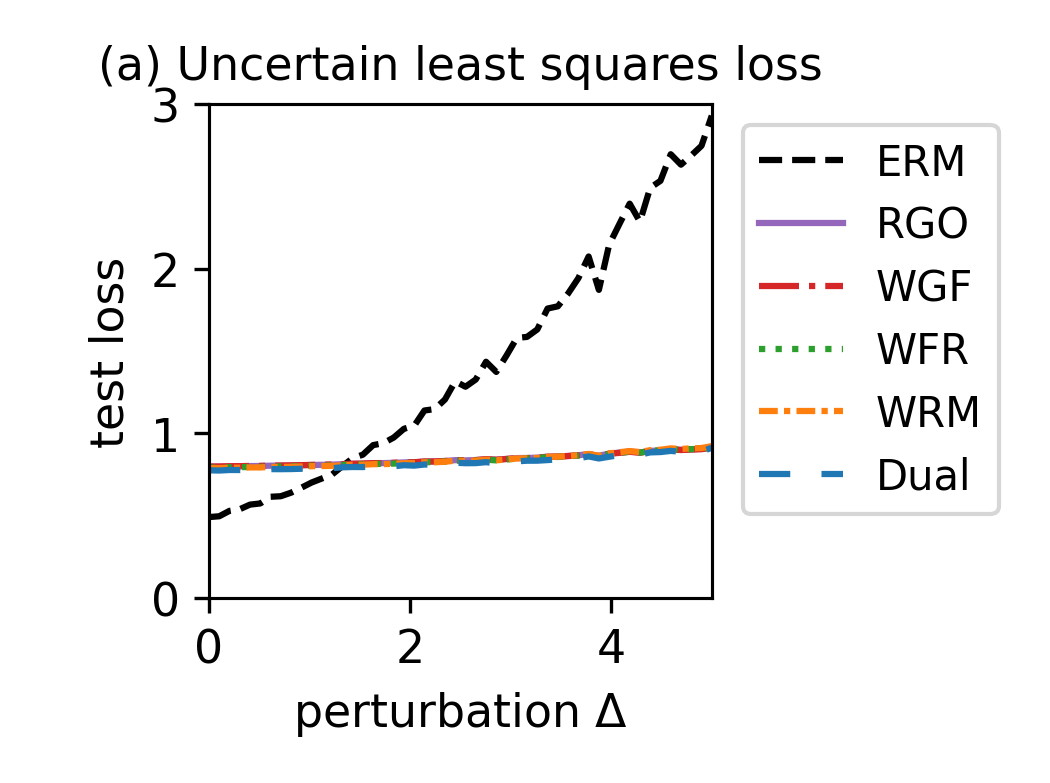
Repository: ZusenXu/GFS-DRO
Script's output: python uncertain_least_squares/uncertain_least_squares.py
These files come from the project's save history. The script's output is drawn as it stood at one moment and after the next save; the edit follows.
Random numbers start from a fixed seed.

Above is the script's output before, as saved 2025-09-13 21:53:56.

### uncertain_least_squares/uncertain_least_squares.py
import numpy as np
import matplotlib.pyplot as plt
from scipy.optimize import minimize
from scipy.special import logsumexp
import os

# --- 1. 实验设置与参数定义 (已与官方文件对齐) ---
# 定义问题的维度
DIM_M = 20  # 矩阵 A 的行数 (已根据官方数据修正)
DIM_N = 10  # 矩阵 A 的列数 (theta 的维度)

# 定义训练/测试样本数量
N_TRAIN_SAMPLES = 10 # 官方: n_sample = 10
N_TEST_SAMPLES = 500 # 官方: n_test = 500

# 定义分布偏移的扰动范围
DELTA_MIN = 0.0
DELTA_MAX = 5.0 # 官方: disturb_set goes up to 5.0
DELTA_STEPS = 50

# --- DRO 算法超参数 ---
N_EPOCHS = 50 # 外部优化的迭代轮数
LEARNING_RATE = 0.01 # 外部优化 theta 的学习率
LAMBDA_VAL = 0.5 # 正则化参数 lambda
EPSILON = 1 # 熵正则化参数 epsilon
GRAD_CLIP_THRESHOLD = 10.0 # 梯度裁剪阈值，防止梯度爆炸

# RGO (算法2) 特定参数
RGO_SMOOTHNESS_L = 0.5 # 假设的损失函数平滑度 L (需满足 LAMBDA_VAL > L/2)

# WGF (算法3), WFR (算法4), WRM 特定参数
K_INNER_STEPS = 50  # 内部循环迭代次数 K
INNER_STEP_SIZE = 0.01 # 内部循环步长 eta

# WGF, WFR, RGO 特定参数
M_PARTICLES = 10 # 使用的粒子(样本)数量

# WFR (算法4) 特定参数
WFR_WEIGHT_STEP_SIZE = 0.08 # WFR 中权重更新的步长

# Dual 方法特定参数
SINKHORN_SAMPLE_LEVEL = 4 # Dual 方法的蒙特卡洛采样级别

# --- 2. 加载官方数据集 (硬编码以移除 cvxopt 依赖) ---
print("正在加载官方数据集 (硬编码版本)...")
# 从 robls.bin 文件中提取的数据
A0_flat = [
    0.25003787, -0.05917881, -0.23893546, 0.80409824, 0.72834088,
    2.25948004, 0.87784937, -1.17812359, 1.17109974, 0.28661532,
    -1.42182999, -0.21927421, -0.15292762, 0.71754808, 0.10592679,
    -0.23814046, -1.10802367, 0.39683744, -1.1725309, 0.28749557,
    -0.50788541, -0.20682369, -0.70924466, 1.06761948, 0.60617808,
    1.66576254, 0.53493823, -1.17613997, -0.00731161, -0.81914582,
    0.96717266, 0.45028478, -0.50514112, -0.78287997, -0.45783088,
    0.25610097, -0.05563097, 0.06459789, -1.18546002, 0.50803566,
    0.63414537, 0.14602885, 0.1372974, -0.44577387, -1.22220436,
    -0.5683438, -1.09837733, 1.66535667, 0.73258043, -0.8716961,
    -0.19847685, 0.28349911, -0.77011756, 0.4852839, 0.58750813,
    -0.36741047, -0.6121577, 0.19685857, 0.46718984, -0.90855702,
    0.01242276, -0.11043147, 0.24304334, -1.32833193, -1.3675264,
    -2.25982067, -1.2640378, 2.28305282, -1.05578622, 0.07943218,
    1.05624088, 0.63339661, 0.14171268, -0.27125339, 0.31954098,
    0.47400092, 0.49104886, -0.97220237, 1.16475825, -0.35766948,
    -0.14129039, 0.34629778, 0.27283808, 0.19385463, 0.74489924,
    -0.80643975, 0.46229319, -0.72185528, -0.60700379, 0.39633883,
    -0.17306268, -0.85630984, 1.05281347, -0.20078964, -0.02762406,
    -0.2173559, 0.55858143, 0.45636177, 0.59690439, 0.44997981,
    -0.32914406, 0.63877355, -0.54978957, 1.27722309, 2.32632642,
    1.86954783, 1.43689268, -3.03534068, -0.11956323, 0.57975362,
    -0.69181718, -0.84664292, 1.20307884, 0.17007324, -0.49364612,
    -0.0645528, -0.22527475, 0.68055921, -0.82211579, 1.18396751,
    -0.01554297, -0.36476277, 0.2276415, -0.33453183, -0.43262069,
    -0.42015688, 0.09568789, 0.46282388, 0.00129392, 0.05269774,
    -0.05434922, 0.1463768, -0.19314829, -0.04309809, 0.1800566,
    0.0758013, 0.07863755, -0.29762305, 0.10745123, -0.05990911,
    -0.16819982, -0.8766473, 0.45053147, -0.55942491, -0.24564447,
    -1.34767835, 0.00254835, 1.08958615, -0.41981826, 1.21148646,
    -0.47824835, 0.19427199, 0.92158534, -0.03061487, 0.09289388,
    0.1792477, 0.1401624, -0.25336078, 1.226803, 0.29405587,
    -0.30898885, -1.1289769, 0.595893, 0.18832574, 0.60058916,
    0.16113351, 1.64854221, -0.94061951, 0.76110121, 1.14184298,
    -1.59859359, -0.34385834, 0.47790225, 0.06238379, 0.26433977,
    -0.242734, -0.35225751, 0.54663129, -0.1714633, 0.71002153,
    0.34016765, 1.09058028, -1.11635118, 1.70837408, 0.61271254,
    3.67914908, 0.0624467, -1.8808227, 1.39035472, -2.17182231,
    0.36928193, -0.01267536, -1.76752828, 0.33134577, -0.13910061,
    -0.36533788, -1.17162984, 0.8428494, -2.45355302, -0.42316362]
A0 = np.array(A0_flat).reshape(DIM_N, DIM_M).T

A1_flat = [
    -0.09393893, 0.04765061, 0.08725006, 0.02883281, -0.03527996,
    0.24096603, -0.08595977, 0.01464628, -0.09612727, 0.05623319,
    -0.2581709, 0.08827467, -0.14739316, -0.01376602, -0.14168357,
    -0.16558236, -0.25256966, -0.13015733, 0.02835751, 0.06596766,
    0.20684014, 0.08622027, -0.28721148, -0.13754497, -0.01892794,
    -0.33779225, -0.04184211, -0.07936001, 0.04442774, 0.07471207,
    0.12030433, -0.02685792, -0.03124774, 0.19383624, 0.24547024,
    -0.05119187, 0.02073282, -0.12896264, 0.0051813, 0.10233319,
    -0.07948119, 0.01741243, 0.00468091, -0.08351192, -0.07216189,
    0.25132917, -0.1342034, -0.06650293, -0.20112101, -0.0127605,
    0.05303795, -0.07046935, 0.04606528, -0.09669583, 0.16954322,
    -0.00417679, 0.10403817, 0.29150618, 0.05853078, 0.17825112,
    0.03356633, -0.04150648, -0.12339524, -0.0514402, 0.15483574,
    0.11530659, -0.13832853, -0.0257582, -0.17375835, 0.04098843,
    0.12954338, -0.09990791, -0.37379708, 0.09314519, 0.42872754,
    0.07165813, 0.03989949, 0.03797338, 0.12829636, 0.27908777,
    0.20383267, -0.02610418, 0.00230751, 0.03293295, -0.11423502,
    0.15478255, 0.02164525, 0.20816195, -0.02587464, 0.22076043,
    -0.25384533, 0.24365111, -0.20299506, -0.14051634, 0.00667515,
    -0.1944836, 0.06237194, 0.07291878, 0.17651184, -0.05407635,
    0.05594454, 0.03306775, 0.09413165, 0.08448313, -0.13266768,
    0.23618908, -0.05108297, -0.12184735, -0.13316605, 0.15977716,
    -0.02131638, 0.36149793, -0.02653721, -0.01890421, 0.05498191,
    -0.15762704, -0.03713547, -0.2113691, 0.14024251, 0.04046613,
    -0.1639696, 0.00930475, -0.05300977, 0.18566788, 0.18240795,
    0.08798762, 0.06568312, 0.10704911, -0.10257525, 0.0487188,
    -0.05319662, 0.11554448, -0.02374554, 0.25058364, 0.02304798,
    0.17001783, -0.00472515, -0.20071081, 0.04884632, -0.02655859,
    -0.18579019, 0.03065855, 0.03625509, -0.04897825, 0.18408415,
    -0.10662118, -0.12523171, -0.00032533, 0.05295227, -0.06800657,
    -0.0358668, -0.14467003, 0.26926707, 0.25989514, -0.20341141,
    0.25926511, -0.1197638, -0.04066245, 0.07423111, -0.04334816,
    0.17898445, 0.16340759, -0.21336437, -0.14274356, -0.10159267,
    0.05628148, -0.05793711, 0.09441796, 0.03046191, -0.1359604,
    0.01869776, -0.10001108, -0.08408689, 0.1864732, -0.22027781,
    -0.26938099, 0.06573703, -0.20788274, -0.01879786, 0.03274622,
    -0.0357562, -0.07623542, -0.02503547, 0.16157046, -0.0854077,
    0.08095394, -0.08348604, 0.07650048, -0.09684555, 0.15938316,
    0.02496594, 0.21322543, 0.04295515, 0.11588688, 0.17270499,
    0.05806273, -0.05163153, -0.01504851, -0.12892051, -0.27503139]
A1 = np.array(A1_flat).reshape(DIM_N, DIM_M).T

b_flat = [
    0.14999607, 0.54203757, 0.25440882, -0.30724069, -0.41711183,
    1.13680483, 0.39131381, 1.60514782, 0.82589231, 1.47039036,
    -1.37890689, -0.26017207, 0.99476817, 1.83403368, -1.71591032,
    0.08693171, 1.95567435, 0.16145377, -0.62868836, -1.43882447]
b = np.array(b_flat)

print("官方数据集加载成功。")

# --- 3. 数据生成函数 ---
def generate_training_data(n_samples):
    # 官方代码使用 U[-0.5, 0.5] 作为基础训练分布
    return np.random.uniform(-0.5, 0.5, n_samples)

def generate_test_data(n_samples, delta):
    # 官方代码使用 U[-0.5*(1+delta), 0.5*(1+delta)] 作为测试分布
    lower_bound = -0.5 * (1 + delta)
    upper_bound = 0.5 * (1 + delta)
    return np.random.uniform(lower_bound, upper_bound, n_samples)

# --- 4. 核心函数定义 (Vectorized & Loss Corrected) ---
def loss_function(theta, z):
    """ 计算单个样本或一批样本 z 的损失 f_theta(z) (平方和) """
    z = np.atleast_1d(z)
    A_z = A0[np.newaxis, :, :] + z[:, np.newaxis, np.newaxis] * A1[np.newaxis, :, :]
    residual = A_z @ theta - b[np.newaxis, :]
    # 已修正: 使用平方和 (sum of squares), 而非均方误差 (mean squared error)
    loss = np.sum(residual**2, axis=1)/DIM_M
    return loss.squeeze()

def loss_grad_theta(theta, z):
    """ 计算损失函数关于 theta 的梯度 (对应平方和损失) """
    z = np.atleast_1d(z)
    A_z = A0[np.newaxis, :, :] + z[:, np.newaxis, np.newaxis] * A1[np.newaxis, :, :]
    residual = A_z @ theta - b[np.newaxis, :]
    grad = 2 * (A_z.transpose(0, 2, 1) @ residual[:, :, np.newaxis]).squeeze(axis=2)
    return grad.squeeze()

def loss_grad_z(theta, z):
    """ 计算损失函数关于 z 的梯度 (对应平方和损失) """
    z = np.atleast_1d(z)
    A_z = A0[np.newaxis, :, :] + z[:, np.newaxis, np.newaxis] * A1[np.newaxis, :, :]
    residual = A_z @ theta - b[np.newaxis, :]
    grad_A_z = A1 @ theta
    grad = 2 * np.sum(residual * grad_A_z[np.newaxis, :], axis=1)
    return grad.squeeze()

# --- 5. ERM (经验风险最小化) 实现 ---
def erm_objective_function(theta, xi_samples):
    """ 计算 ERM 的目标函数值（平均损失）"""
    return np.mean(loss_function(theta, xi_samples))

def solve_erm(xi_train_samples):
    """ 使用优化器求解 ERM 问题 """
    initial_theta = np.zeros(DIM_N)
    result = minimize(
        erm_objective_function, initial_theta, args=(xi_train_samples,), method='BFGS')
    if not result.success:
        print("警告: ERM 优化过程可能未收敛。")
    return result.x

# --- 6. RGO (算法2) 实现 (Vectorized) ---
def solve_rgo(xi_train_samples):
    """ 使用 RGO 算法求解 Sinkhorn DRO """
    theta = np.zeros(DIM_N)
    num_train = len(xi_train_samples)

    def rgo_inner_objective(z, xi, current_theta):
        l = loss_function(current_theta, z.flatten()).reshape(z.shape)
        penalty = (z - xi)**2
        return -l / (LAMBDA_VAL * EPSILON) + penalty / EPSILON

    def rgo_inner_objective_grad_z(z, xi, current_theta):
        grad_l_z = loss_grad_z(current_theta, z)
        grad_penalty = 2 * (z - xi)
        return -grad_l_z / (LAMBDA_VAL * EPSILON) + grad_penalty

    for epoch in range(N_EPOCHS):
        z_k = xi_train_samples.copy()
        for _ in range(K_INNER_STEPS):
            grad = rgo_inner_objective_grad_z(z_k, xi_train_samples, theta)
            z_k -= INNER_STEP_SIZE * grad
        z_star_batch = z_k

        variance = (LAMBDA_VAL * EPSILON) / (2 * LAMBDA_VAL - RGO_SMOOTHNESS_L)
        if variance <= 0: variance = 1e-6
        std_dev = np.sqrt(variance)

        z_star_expanded = z_star_batch[:, np.newaxis]
        xi_expanded = xi_train_samples[:, np.newaxis]

        final_accepted_samples = np.zeros((num_train, M_PARTICLES))
        active_flags = np.ones((num_train, M_PARTICLES), dtype=bool)

        for _ in range(100):
            if not np.any(active_flags): break
            proposals = np.random.normal(0, std_dev, size=(num_train, M_PARTICLES))
            z_candidates = z_star_expanded + proposals
            f_val_candidates = rgo_inner_objective(z_candidates, xi_expanded, theta)
            f_val_star = rgo_inner_objective(z_star_expanded, xi_expanded, theta)
            log_accept_prob = -f_val_candidates + f_val_star - (proposals**2 / (2*variance))
            acceptance_mask = np.log(np.random.rand(num_train, M_PARTICLES)) < log_accept_prob
            newly_accepted = acceptance_mask & active_flags
            final_accepted_samples[newly_accepted] = z_candidates[newly_accepted]
            active_flags[newly_accepted] = False

        if np.any(active_flags):
            final_accepted_samples[active_flags] = z_star_expanded[active_flags]

        all_grads = loss_grad_theta(theta, final_accepted_samples.flatten())
        avg_particle_grads = all_grads.reshape(num_train, M_PARTICLES, -1).mean(axis=1)
        total_grad = avg_particle_grads.sum(axis=0)

        avg_grad = total_grad / num_train
        grad_norm = np.linalg.norm(avg_grad)
        if grad_norm > GRAD_CLIP_THRESHOLD:
            avg_grad = avg_grad * GRAD_CLIP_THRESHOLD / grad_norm
        theta -= LEARNING_RATE * avg_grad

    return theta

# --- 7. Wasserstein Gradient Flow (WGF) 实现 (Vectorized) ---
def solve_wgf(xi_train_samples):
    """ 使用 Wasserstein Gradient Flow (WGF) 求解 Sinkhorn DRO """
    theta = np.zeros(DIM_N)
    num_train = len(xi_train_samples)

    def f_bar_grad_z(z, xi, current_theta):
        grad_f = loss_grad_z(current_theta, z)
        return grad_f - 2 * LAMBDA_VAL * (z - xi)

    for epoch in range(N_EPOCHS):
        particles = np.tile(xi_train_samples[:, np.newaxis], (1, M_PARTICLES))
        for _ in range(K_INNER_STEPS):
            particles_flat = particles.flatten()
            xi_expanded = np.repeat(xi_train_samples, M_PARTICLES)
            grad = f_bar_grad_z(particles_flat, xi_expanded, theta)
            noise = np.random.normal(0, 1, size=particles_flat.shape)
            updated_particles_flat = particles_flat + INNER_STEP_SIZE * grad + np.sqrt(2 * INNER_STEP_SIZE * LAMBDA_VAL * EPSILON) * noise
            particles = updated_particles_flat.reshape(num_train, M_PARTICLES)

        all_grads = loss_grad_theta(theta, particles.flatten())
        avg_particle_grads = all_grads.reshape(num_train, M_PARTICLES, -1).mean(axis=1)
        total_grad = avg_particle_grads.sum(axis=0)

        avg_grad = total_grad / num_train
        grad_norm = np.linalg.norm(avg_grad)
        if grad_norm > GRAD_CLIP_THRESHOLD:
            avg_grad = avg_grad * GRAD_CLIP_THRESHOLD / grad_norm
        theta -= LEARNING_RATE * avg_grad

    return theta

# --- 8. WFR Flow (算法4) 实现 (Vectorized) ---
def solve_wfr(xi_train_samples):
    """ 使用 WFR Flow 求解 Sinkhorn DRO """
    theta = np.zeros(DIM_N)
    num_train = len(xi_train_samples)

    def f_bar_grad_z(z, xi, current_theta):
        grad_f = loss_grad_z(current_theta, z)
        return grad_f - 2 * LAMBDA_VAL * (z - xi)

    for epoch in range(N_EPOCHS):
        particles = np.tile(xi_train_samples[:, np.newaxis], (1, M_PARTICLES))
        weights = np.full((num_train, M_PARTICLES), 1.0 / M_PARTICLES)

        for _ in range(K_INNER_STEPS):
            particles_flat = particles.flatten()
            xi_expanded = np.repeat(xi_train_samples, M_PARTICLES)
            grad = f_bar_grad_z(particles_flat, xi_expanded, theta)
            noise = np.random.normal(0, 1, size=particles_flat.shape)
            updated_particles_flat = particles_flat + INNER_STEP_SIZE * grad + np.sqrt(2 * INNER_STEP_SIZE * LAMBDA_VAL * EPSILON) * noise
            particles = updated_particles_flat.reshape(num_train, M_PARTICLES)
            f_bar_val = loss_function(theta, particles.flatten()).reshape(particles.shape) - LAMBDA_VAL * (particles - xi_train_samples[:, np.newaxis])**2
            weights = (weights**(1 - LAMBDA_VAL * EPSILON * WFR_WEIGHT_STEP_SIZE)) * np.exp(WFR_WEIGHT_STEP_SIZE * f_bar_val)
            sum_weights = np.sum(weights, axis=1, keepdims=True)
            weights /= (sum_weights + 1e-9)

        all_grads = loss_grad_theta(theta, particles.flatten()).reshape(num_train, M_PARTICLES, -1)
        weighted_grads = np.sum(weights[:, :, np.newaxis] * all_grads, axis=1)
        total_grad = np.sum(weighted_grads, axis=0)

        avg_grad = total_grad / num_train
        grad_norm = np.linalg.norm(avg_grad)
        if grad_norm > GRAD_CLIP_THRESHOLD:
            avg_grad = avg_grad * GRAD_CLIP_THRESHOLD / grad_norm
        theta -= LEARNING_RATE * avg_grad

    return theta

# --- 9. WRM (Wasserstein Robust Method) 实现 (Vectorized) ---
def solve_wrm(xi_train_samples):
    """ 使用 WRM (确定性内部优化) 求解 """
    theta = np.zeros(DIM_N)
    num_train = len(xi_train_samples)

    def f_bar_grad_z(z, xi, current_theta):
        grad_f = loss_grad_z(current_theta, z)
        return grad_f - 2 * LAMBDA_VAL * (z - xi)

    for epoch in range(N_EPOCHS):
        z_k = xi_train_samples.copy()
        for _ in range(K_INNER_STEPS):
            grad = f_bar_grad_z(z_k, xi_train_samples, theta)
            z_k += INNER_STEP_SIZE * grad
        total_grad = loss_grad_theta(theta, z_k).sum(axis=0)
        avg_grad = total_grad / num_train
        grad_norm = np.linalg.norm(avg_grad)
        if grad_norm > GRAD_CLIP_THRESHOLD:
            avg_grad = avg_grad * GRAD_CLIP_THRESHOLD / grad_norm
        theta -= LEARNING_RATE * avg_grad

    return theta

# --- 10. Dual Method (对偶方法) 实现 (Vectorized) ---
def solve_dual(xi_train_samples):
    """ 使用对偶方法求解 Sinkhorn DRO """
    theta = np.zeros(DIM_N)
    num_train = len(xi_train_samples)

    levels = np.arange(SINKHORN_SAMPLE_LEVEL + 1)
    numerators = 2.0**(-levels)
    denominator = 2.0 - 2.0**(-SINKHORN_SAMPLE_LEVEL)
    probabilities = numerators / denominator

    for _ in range(N_EPOCHS):
        sampled_level = np.random.choice(levels, p=probabilities)
        m = 2**sampled_level

        noise = np.random.randn(num_train, m) * np.sqrt(EPSILON)
        z_samples = xi_train_samples[:, np.newaxis] + noise
        v = loss_function(theta, z_samples.flatten()).reshape(num_train, m) / (LAMBDA_VAL * EPSILON)
        v_max = np.max(v, axis=1, keepdims=True)
        weights = np.exp(v - v_max)
        weights /= np.sum(weights, axis=1, keepdims=True)
        grads = loss_grad_theta(theta, z_samples.flatten()).reshape(num_train, m, -1)
        weighted_grads = np.sum(weights[:, :, np.newaxis] * grads, axis=1)
        total_grad = np.sum(weighted_grads, axis=0)
        avg_grad = total_grad / num_train
        grad_norm = np.linalg.norm(avg_grad)
        if grad_norm > GRAD_CLIP_THRESHOLD:
            avg_grad = avg_grad * GRAD_CLIP_THRESHOLD / grad_norm
        theta -= LEARNING_RATE * avg_grad

    return theta

# --- 11. 实验执行与评估 ---
def run_experiment():
    """ 执行完整的实验流程 """
    xi_train = generate_training_data(N_TRAIN_SAMPLES)

    print("正在求解 ERM 模型...")
    theta_erm = solve_erm(xi_train)
    print("正在求解 RGO 模型...")
    theta_rgo = solve_rgo(xi_train)
    print("正在求解 WGF 模型...")
    theta_wgf = solve_wgf(xi_train)
    print("正在求解 WFR 模型...")
    theta_wfr = solve_wfr(xi_train)
    print("正在求解 WRM 模型...")
    theta_wrm = solve_wrm(xi_train)
    print("正在求解 Dual 模型...")
    theta_dual = solve_dual(xi_train)
    print("所有模型求解完成。")

    delta_values = np.linspace(DELTA_MIN, DELTA_MAX, DELTA_STEPS)
    results = {'ERM': [], 'RGO': [], 'WGF': [], 'WFR': [], 'WRM': [], 'Dual': []}
    models = {
        'ERM': theta_erm, 'RGO': theta_rgo, 'WGF': theta_wgf,
        'WFR': theta_wfr, 'WRM': theta_wrm, 'Dual': theta_dual
    }

    print("正在评估所有模型...")
    for delta in delta_values:
        xi_test = generate_test_data(N_TEST_SAMPLES, delta)
        for name, theta in models.items():
            test_loss = erm_objective_function(theta, xi_test)
            results[name].append(test_loss)

    print("评估完成。")
    return delta_values, results

# --- 12. 结果可视化 ---
def plot_results(delta_values, results):
    """ 绘制所有模型损失随扰动 delta 变化的曲线 """
    fig, ax = plt.subplots(figsize=(3.5, 2.613), dpi=300)

    styles = {
        'ERM': {'color': 'k', 'linestyle': '--'},
        'RGO': {'color': '#9467bd', 'linestyle': '-'},
        'WGF': {'color': '#d62728', 'linestyle': '-.'},
        'WFR': {'color': '#2ca02c', 'linestyle': ':'},
        'WRM': {'color': '#ff7f0e', 'linestyle': (0, (3, 1, 1, 1))}, # orange, dashdotdot
        'Dual': {'color': '#1f77b4', 'linestyle': (0, (5, 5))} # blue, dashed
    }

    for name, losses in results.items():
        ax.plot(delta_values, losses, linewidth=1.5, label=name, **styles[name])

    ax.set_title('(a) Uncertain least squares loss', fontsize=11)
    ax.set_xlabel('perturbation $\Delta$', fontsize=11)
    ax.set_ylabel('test loss', fontsize=11)
    ax.tick_params(axis='both', which='major', labelsize=11)
    for spine in ax.spines.values():
        spine.set_linewidth(0.75)
    ax.set_xlim(0, 5.0) # 已更新X轴范围
    ax.set_ylim(0,3) # Y轴从0开始
    ax.grid(False)
    ax.legend(fontsize=10)
    ax.legend(loc='upper left', bbox_to_anchor=(1.02, 1))
    plt.tight_layout()
    plt.savefig('uncertain_least_squares_results.png', dpi=300)
    plt.show()

# --- 主程序入口 ---
if __name__ == '__main__':
    with np.errstate(all='ignore'):
        delta_vals, all_results = run_experiment()
        plot_results(delta_vals, all_results)

After the next save:
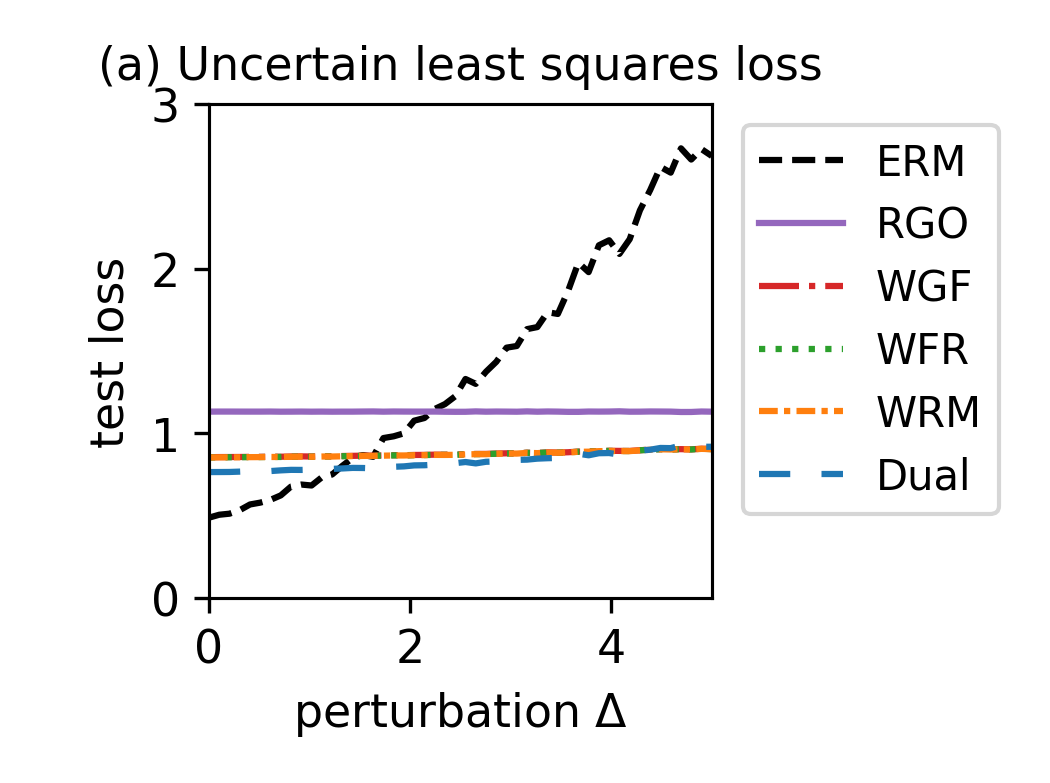
Saved 19 s later.
--- a/uncertain_least_squares/uncertain_least_squares.py
+++ b/uncertain_least_squares/uncertain_least_squares.py
@@ -21,8 +21,8 @@ DELTA_STEPS = 50
 # --- DRO 算法超参数 ---
 N_EPOCHS = 50 # 外部优化的迭代轮数
 LEARNING_RATE = 0.01 # 外部优化 theta 的学习率
-LAMBDA_VAL = 0.5 # 正则化参数 lambda
-EPSILON = 1 # 熵正则化参数 epsilon
+LAMBDA_VAL = 0.1 # 正则化参数 lambda
+EPSILON = 0.1 # 熵正则化参数 epsilon
 GRAD_CLIP_THRESHOLD = 10.0 # 梯度裁剪阈值，防止梯度爆炸
 
 # RGO (算法2) 特定参数
@@ -30,7 +30,7 @@ RGO_SMOOTHNESS_L = 0.5 # 假设的损失函数平滑度 L (需满足 LAMBDA_VAL
 
 # WGF (算法3), WFR (算法4), WRM 特定参数
 K_INNER_STEPS = 50  # 内部循环迭代次数 K
-INNER_STEP_SIZE = 0.01 # 内部循环步长 eta
+INNER_STEP_SIZE = 0.05 # 内部循环步长 eta
 
 # WGF, WFR, RGO 特定参数
 M_PARTICLES = 10 # 使用的粒子(样本)数量
